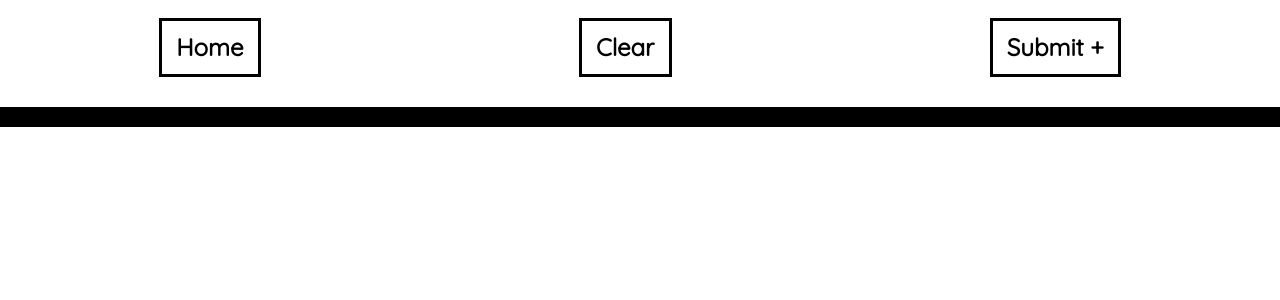
Repository: rickypcyt/WebMural
Page: /
These files come from the project's save history. The page is drawn as it stood at one moment and after a run of saves; the edit follows.
The browser window is 1280 px wide. The pictures show the whole page.
The project was rebuilt for these pictures with package versions that can differ from the ones it lists, and the page was loaded fresh each time.

Above is the page before, as saved 2022-09-12 13:27:35.

### src/index.js
import React from "react";
import ReactDOM from "react-dom/client";
import "./index.css";
import WebMural from "./Pages/WebMural";
import reportWebVitals from "./reportWebVitals";
import { BrowserRouter, Routes, Route, Switch } from "react-router-dom";

const root = ReactDOM.createRoot(document.getElementById("root"));
root.render(
  <React.StrictMode>
    <BrowserRouter>
      <WebMural />
    </BrowserRouter>
  </React.StrictMode>
);

// If you want to start measuring performance in your app, pass a function
// to log results (for example: reportWebVitals(console.log))
// or send to an analytics endpoint. Learn more: https://bit.ly/CRA-vitals
reportWebVitals();

### src/index.css
@import url("https://fonts.googleapis.com/css2?family=Quicksand");

input[type="file"] {
  display: none;
}
.container {
  top: 0%;
  left: 0%;
}
::marker {
  display: none;
}
.image-container {
  width: 100%;
  margin: auto;
  display: flex;
  flex-direction: row;
  justify-content: space-evenly;
  gap: 15px;
  padding: 10px;
  background-color: black;
}

body {
  line-height: 1;
  font-family: "Quicksand";
  font-size: large;
  margin: 0%;
  padding: 0%;
}
main {
  top: 10%;
}
ol {
  list-style: none;
  display: flex;
  padding: 0;
  align-items: flex-start;
  justify-content: space-around;
  display: flex;
  flex-wrap: wrap;
  align-content: center;
}
.content {
  position: absolute;
  right: calc(var(--pad) * 2);
  bottom: calc(var(--pad) * 2);
  white-space: nowrap;
}
.parrafo {
  line-height: 1.5;
  text-align: end;
  font-size: larger;
}
.parrafo span {
  display: block;
}
.titulo {
  margin: 0;
}
.oli {
  font-weight: bold;
  border-style: solid;
  font-size: x-large;
  padding: 1ch;
}
.descripcion {
  font-weight: lighter;
  font-style: oblique;
}
.oli:hover {
  color: black;
  border-style: dotted;
}
.page {
  padding-top: 2%;
  padding-bottom: 3%;
}
.pageContact {
  padding-top: 8%;
  padding-bottom: 9%;
}
.cabeceranavi {
  padding-bottom: 1%;
}
p {
  font-weight: bold;
}
a {
  color: black;
  text-decoration: none;
  padding: 0ch;
}
span {
  font-size: larger;
}
li {
  width: 7%;
  height: 10%;
}
ul {
  list-style-type: none;
  margin: 0%;
  display: flex;
  align-items: center;
  flex-direction: row;
  padding-top: 5%;
  padding-bottom: 5%;
  padding-left: 0%;
  justify-content: space-around;
}
.imagenes {
  display: block;
  height: auto;
  width: auto;
  padding-top: 5%;
  padding-bottom: 5%;
}

.imagenesproyect {
  position: relative;
}
.fixer {
  display: flex;
  flex-direction: row;
  justify-content: space-evenly;
  padding-bottom: 3%;
}
.overlay {
  position: absolute;
  top: 0.83cm;

  background: rgb(0, 0, 0);
  background: rgb(2, 0.3, 0.9, 0.6); /* Black see-through */
  color: #f1f1f1;
  width: 100%;
  transition: 0.5s ease;
  color: white;
  text-align: center;
  font-size: 20px;
  padding-top: 20px;
  padding-bottom: 20px;
  opacity: 0;
}
.imagenesproyect:hover .overlay {
  opacity: 1;
}
.overlay2 {
  position: absolute;
  bottom: 8%;
  background: rgb(0, 0, 0);
  background: rgba(40, 40, 40, 0.6); /* Black see-through */
  color: #f1f1f1;
  width: 100%;
  transition: 0.5s ease;
  color: white;
  text-align: center;
  font-size: 20px;
  padding-top: 20px;
  padding-bottom: 20px;
  opacity: 0;
}
.imagenesproyect:hover .overlay2 {
  opacity: 1;
}

.homeinfo {
  font-size: x-large;
}

@media screen and (max-width: 1340px) {
  .fixer {
    flex-direction: column;
    justify-content: center;
  }
  .imagenes {
    height: auto;
    width: 100%;
  }
  ol {
  }
}

.image-container {
  width: auto;
  margin: auto;
  /* display: flex; */
  flex-wrap: wrap;
  gap: 15px;
  padding: 10px;
}

.image-container img {
  max-width: 100%;
  max-height: 225px;
}

.container .image-container .image {
  border: 4px solid black;
  overflow: hidden;
  /* cursor: pointer; */
}

.container .image-container .image img {
  height: 100%;
  width: 100%;
}
@media (max-width: 700px) {
  .image-container img {
    max-height: -10px;
  }
}

.image:hover {
  transform: scale(
    1.15
  ); /* (150% zoom - Note: if the zoom is too large, it will go outside of the viewport) */
}

.oli:hover {
  transform: scale(
    1.15
  ); /* (150% zoom - Note: if the zoom is too large, it will go outside of the viewport) */
}

### src/Pages/WebMural.js
import React, { useState } from "react";
import { Link, useMatch, useResolvedPath } from "react-router-dom";

const UploadAndDisplayImage = () => {
  const [selectedFiles, setSelectedFiles] = useState([]);
  const handleImageChange = (e) => {
    setSelectedFiles([]);
    if (e.target.files) {
      const filesArray = Array.from(e.target.files).map((file) =>
        URL.createObjectURL(file)
      );
      setSelectedFiles((prevImages) => prevImages.concat(filesArray));
      Array.from(e.target.files).map((file) => URL.revokeObjectURL(file));
    }
  };

  const renderPhotos = (source) => {
    return source.map((photo) => {
      return (
        <div class="container">
          <figure class="image-container">
            <img className="image" src={photo} alt="" key={photo} />
          </figure>
        </div>
      );
    });
  };

  return (
    <main>
      <nav className="cabeceranavi">
        <ol>
          <div CustomLink to="/" className="oli">
            Home
          </div>
          <nav className="oli" onClick={() => handleImageChange(null)}>
            Clear
          </nav>
          <label for="upload-button">
            <nav>
              <input
                type="file"
                id="upload-button"
                multiple="multiple"
                accept="image/*"
                onChange={handleImageChange}
              />
              <div class="oli"> Submit + </div>
            </nav>
          </label>
        </ol>
      </nav>
      {selectedFiles && (
        <div>
          <div class="image-container">{renderPhotos(selectedFiles)}</div>
        </div>
      )}
    </main>
  );
};

export default UploadAndDisplayImage;

function CustomLink({ to, children, ...props }) {
  const resolvedPath = useResolvedPath(to);
  const isActive = useMatch({ path: resolvedPath.pathname, end: true });
  return (
    <li className={isActive ? "active" : ""}>
      <Link to={to} {...props}>
        {children}
      </Link>
    </li>
  );
}

Loaded but not shown: public/index.html (common file); src/reportWebVitals.js (common file)

After the next 6 saves:
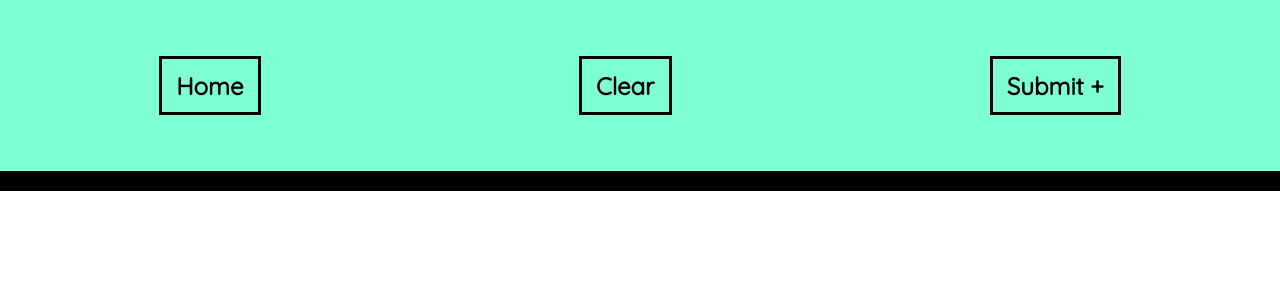
The 6 saves are shown as one change because they came seconds apart.
The last was saved 102 s later.
--- a/src/index.css
+++ b/src/index.css
@@ -81,7 +81,9 @@ ol {
   padding-bottom: 9%;
 }
 .cabeceranavi {
-  padding-bottom: 1%;
+  padding-bottom: 3%;
+  padding-top: 3%;
+  background-color: aquamarine;
 }
 p {
   font-weight: bold;
